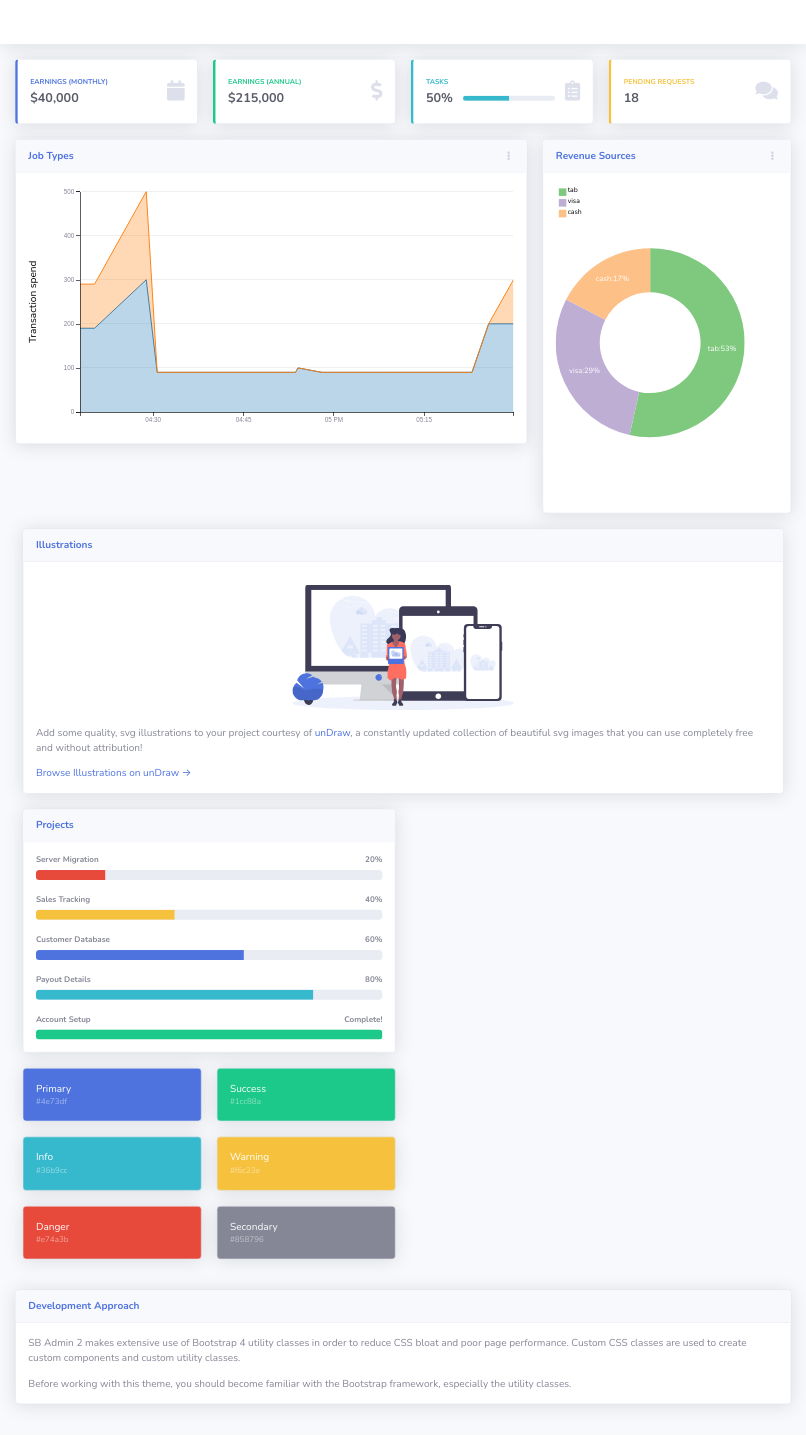
Repository: fLavery/NodeDashboard
Page: index.html
The author's editor kept a record of every edit. The page is drawn from the files as they stood at one moment, then again after the next edit.
The browser window is 1280 px wide. The pictures show the whole page, at 63% of full size.

Above is the page before.
Console error: TypeError: Cannot read properties of null (reading 'length')

After the next edit:
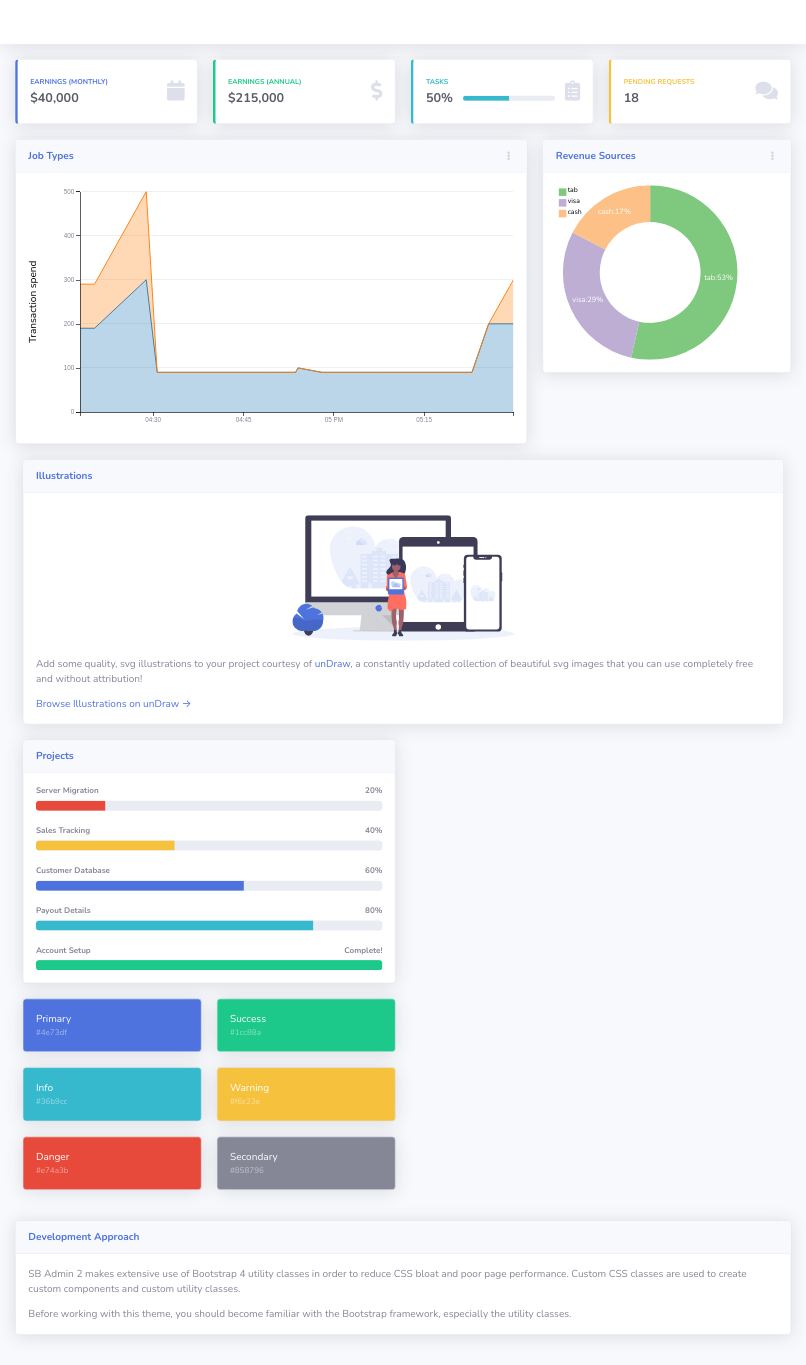
The edit:
--- a/index.html
+++ b/index.html
@@ -350,7 +350,7 @@
                     //Chart settings
 
                     var pieChart = dc.pieChart("#piechart")
-                      .height(500)
+                      .height(277)
                       .width(300)
                       .radius(300) //general size of pie chart
                       .innerRadius(80) //doughnut piechart
